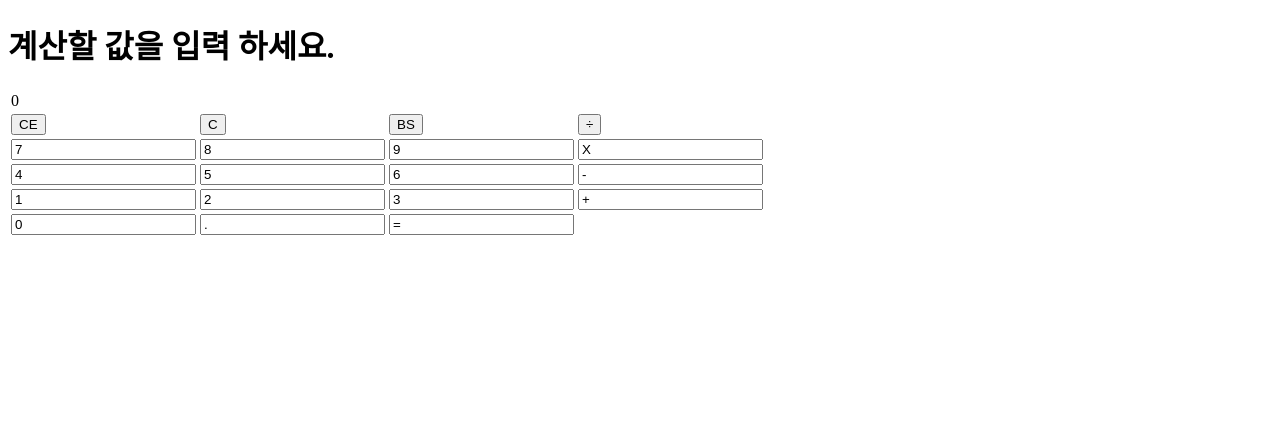
Repository: Realhyeonwoo/study-jsp
Page: JSPPrj/WebContent/calc3.html
The author's editor kept a copy of each file at every save. The page is drawn from the files as they stood at one save, then again after the next save.
The browser window is 1280 px wide. The pictures show the whole page.

Above is the page before, as saved 2020-04-16 06:32:29.

After the next save:
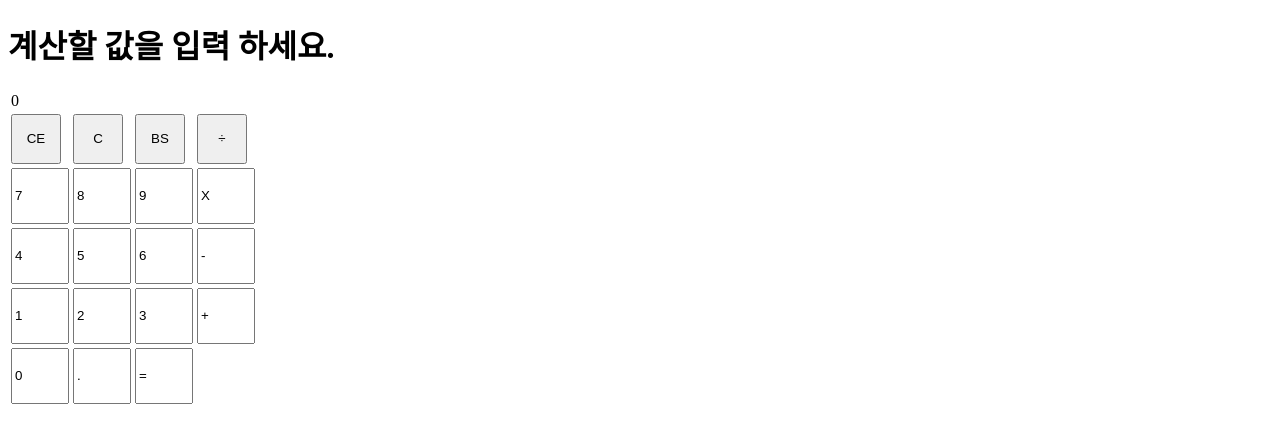
Saved 27 s later.
--- a/JSPPrj/WebContent/calc3.html
+++ b/JSPPrj/WebContent/calc3.html
@@ -3,10 +3,16 @@
 <head>
 <meta charset="UTF-8">
 <title>Insert title here</title>
+<style>
+	input {
+	width: 50px;
+	height: 50px;
+	}
+</style>
 </head>
 <body>
 	<h1>계산할 값을 입력 하세요.</h1>
-	<form action="calc2" method="post">
+	<form action="calc3" method="post">
 		<table>
 			<tr>
 				<td colspan="4">0</td>
